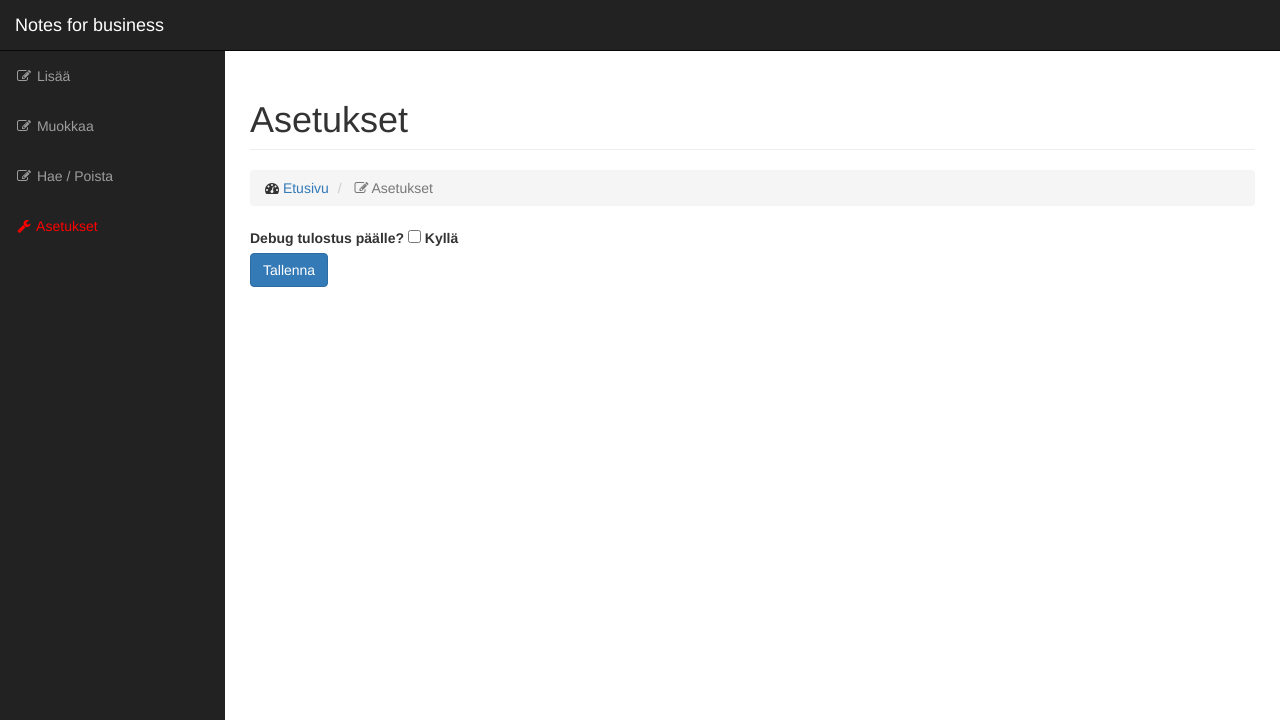
Repository: TommiKurjensalo/php
Page: http://localhost/asetukset.php
These files come from the project's save history. The page is drawn as it stood at one moment and after the next save; the edit follows.
The browser window is 1280 px wide. The pictures show the whole page.
The page is run by PHP 8.4 with error messages shown; the project is at /var/www/html/.

Above is the page before, as saved 2017-04-22 17:30:21.

After the next save:
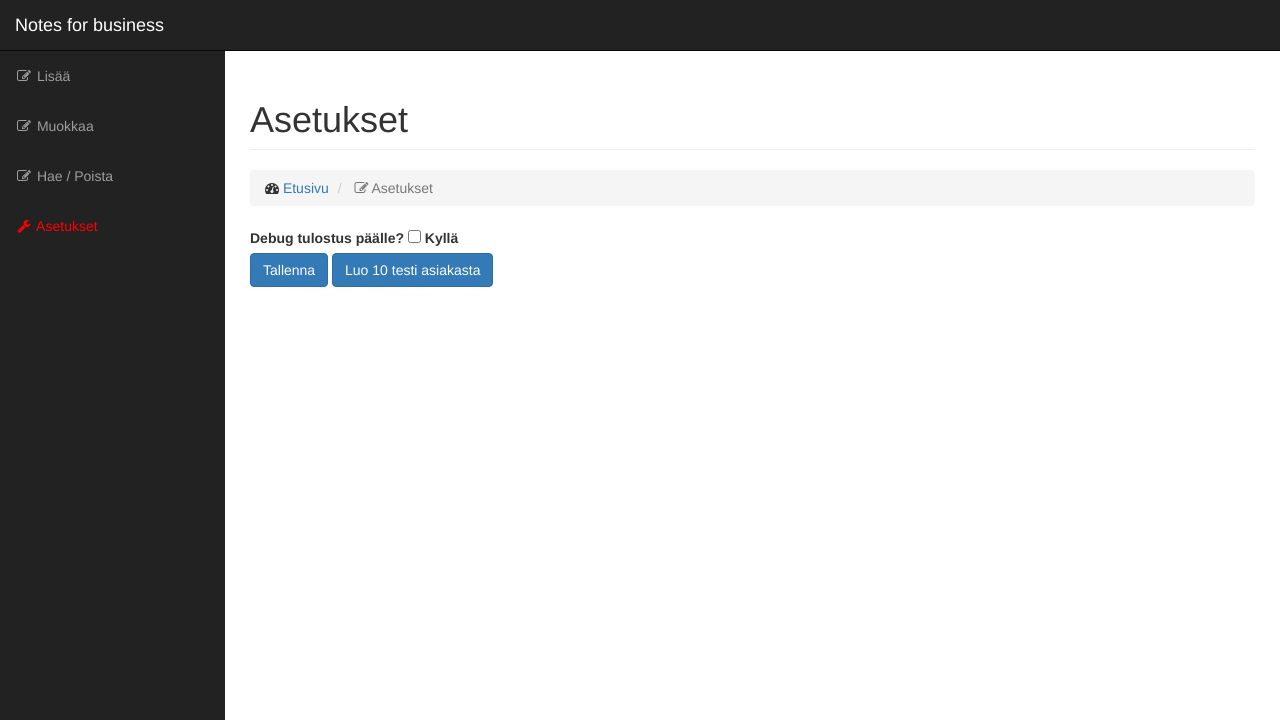
Saved 3 min 26 s later.
--- a/sivut/asetukset.php
+++ b/sivut/asetukset.php
@@ -46,9 +46,7 @@ if (isset($_POST["tallenna"])) {
 			? "<div style='padding-left:300px;'>if cookie debug sisältö: " .(isset($_COOKIE["isDebug"])
 					? $_COOKIE["isDebug"] :'false'). "</div>" : '</div>');
 
-}
-
-elseif (isset ( $_POST ["debug"] )) {
+} elseif (isset ( $_POST ["debug"] )) {
 	if (isset ( $_SESSION ["asetukset"] )) {
 		echo (isset($_COOKIE["isDebug"]) ? "<div style='padding-left:300px;'> elseif isset post&session </div>" :'');
 		$_SESSION = array ();
@@ -60,7 +58,12 @@ elseif (isset ( $_POST ["debug"] )) {
 		session_destroy ();
 	}
 
-} else {
+} elseif (isset($_POST["luoTestiAsiakkaita"])) {
+	$asiakas = new Asetukset();
+	$asiakas->lisaaTestiAsiakkaita();
+}
+
+else {
 
 	// Sivulle tultiin ensimmäistä kertaa
 	// Tehdään false muuttuja
@@ -187,7 +190,7 @@ elseif (isset ( $_POST ["debug"] )) {
                           	<div class="form-group">
 
                             		<input name="tallenna" type="submit" class="btn btn-primary px-2" value="Tallenna"/>
-
+                 					<input name="luoTestiAsiakkaita" type="submit" class="btn btn-primary px-2" value="Luo 10 testi asiakasta"/>
 							</div>
 
 
